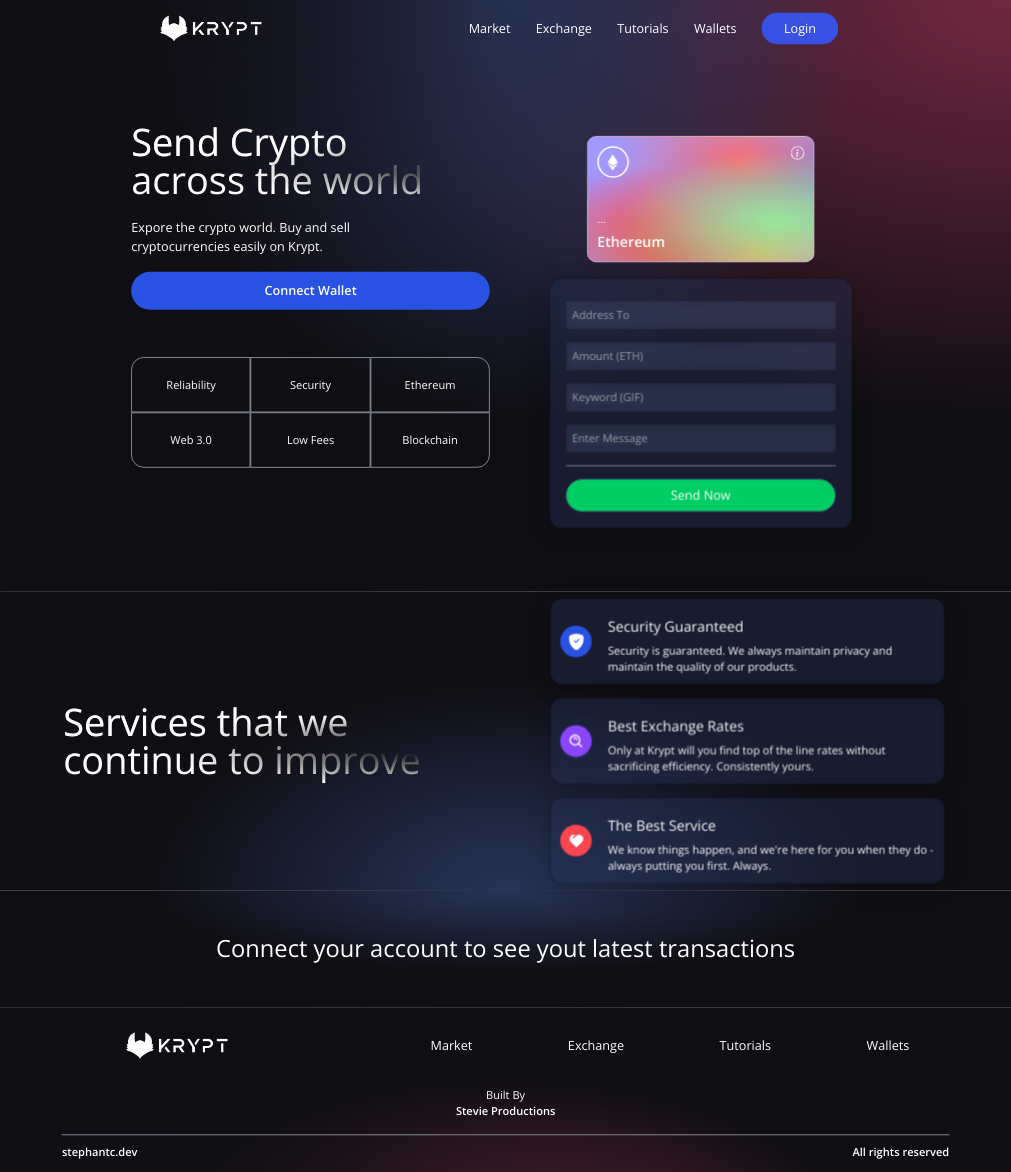
Repository: stephan-chiorean/krypt
Page: / (app in client/)
The author's editor kept a copy of each file at every save. The page is drawn from the files as they stood at one save, then again after the next save.
The browser window is 1280 px wide. The pictures show the whole page, at 79% of full size.
The project was rebuilt for these pictures with package versions that can differ from the ones it lists, and the page was loaded fresh each time. Also part of the build but not shown: client/vite.config.js, client/src/components/Loader.jsx.

Above is the page before, as saved 2023-03-29 23:45:36.

After the next save:
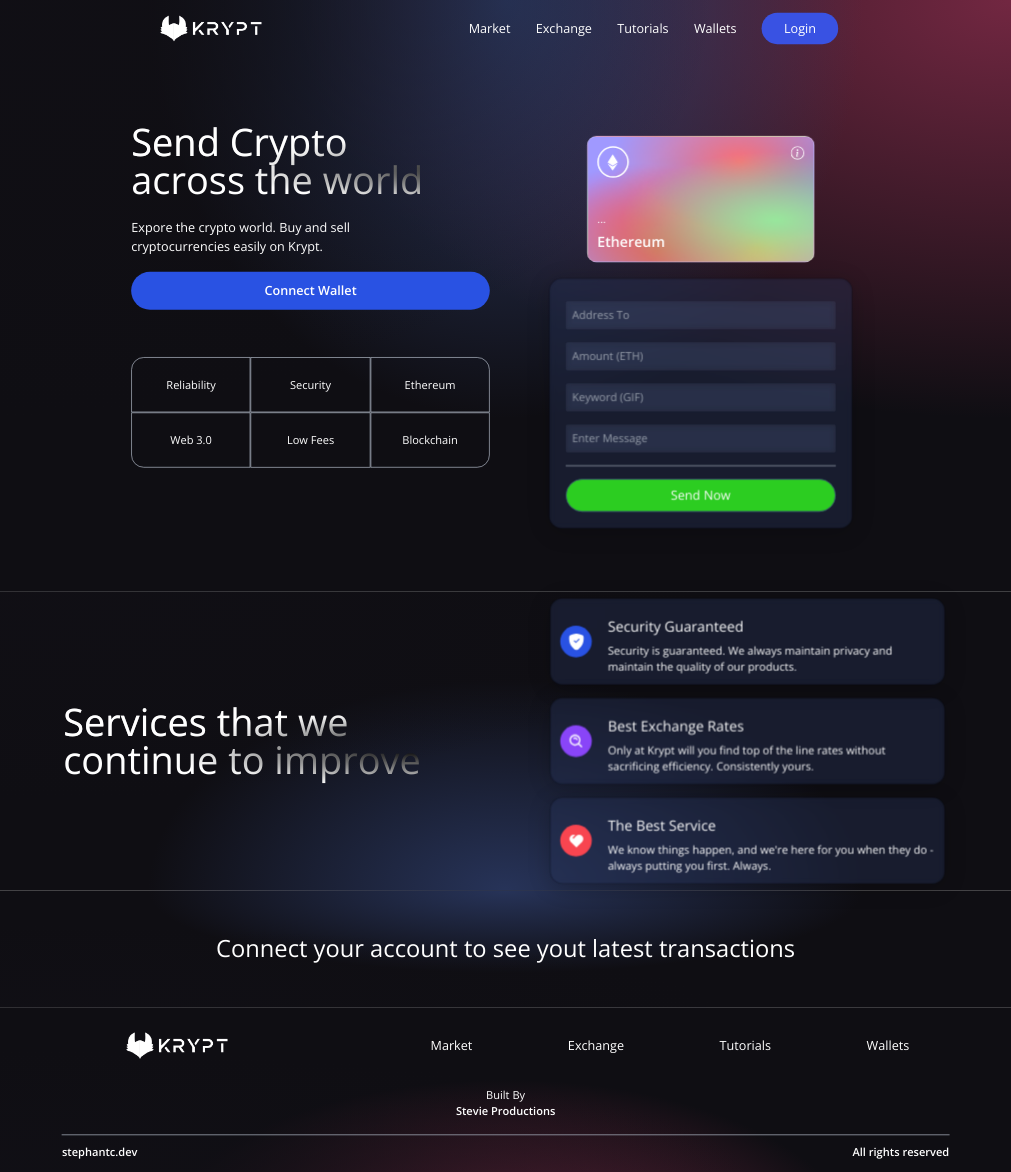
Saved 47 s later.
--- a/client/src/components/Welcome.jsx
+++ b/client/src/components/Welcome.jsx
@@ -121,7 +121,7 @@ export default () => {
               <button
                 type='submit'
                 onClick={handleSubmit}
-                className='text-white w-full mt-2 border-[1px] p-2 border-[#3d4f7c] bg-[#00ce62] rounded-full cursor-pointer'
+                className='text-white w-full mt-2 border-[1px] p-2 border-[#3d4f7c] bg-[#2CCD21] rounded-full cursor-pointer'
               >
                 Send Now
               </button>
